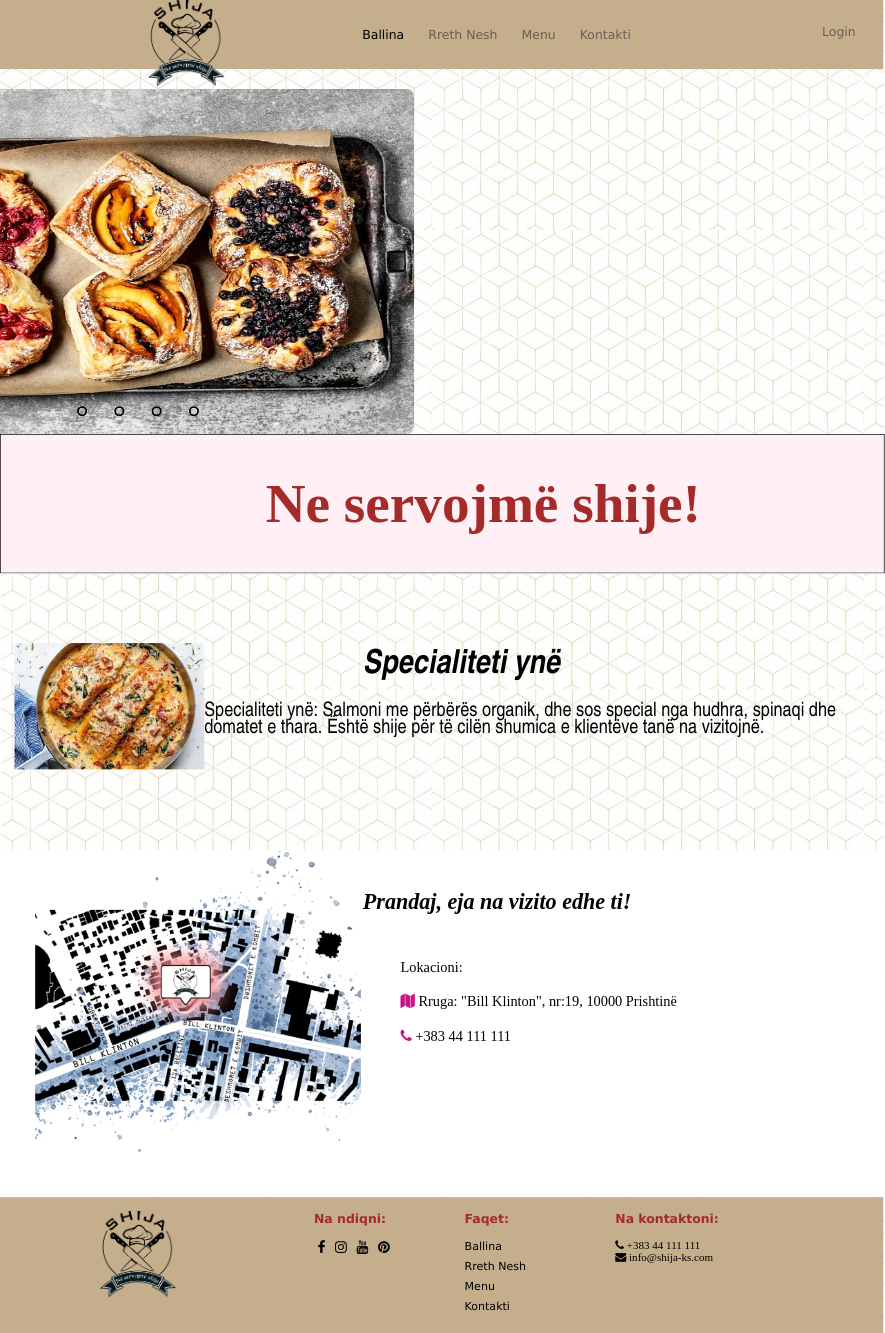
Repository: bs47892/ProjektiWeb-Shija2020
Page: http://localhost/shija.html
An editor plug-in stored every save of this project. The page is shown before and after the next save, followed by the edit.
The browser window is 1280 px wide. The page is 1282 px wide, so the pictures cover 1282 px, including what lies to the right of the window. The pictures show the whole page, at 69% of full size.
The page is run by PHP 8.4 with error messages shown; the project is at /var/www/html/.

Above is the page before, as saved 2021-02-11 23:14:05.

After the next save:
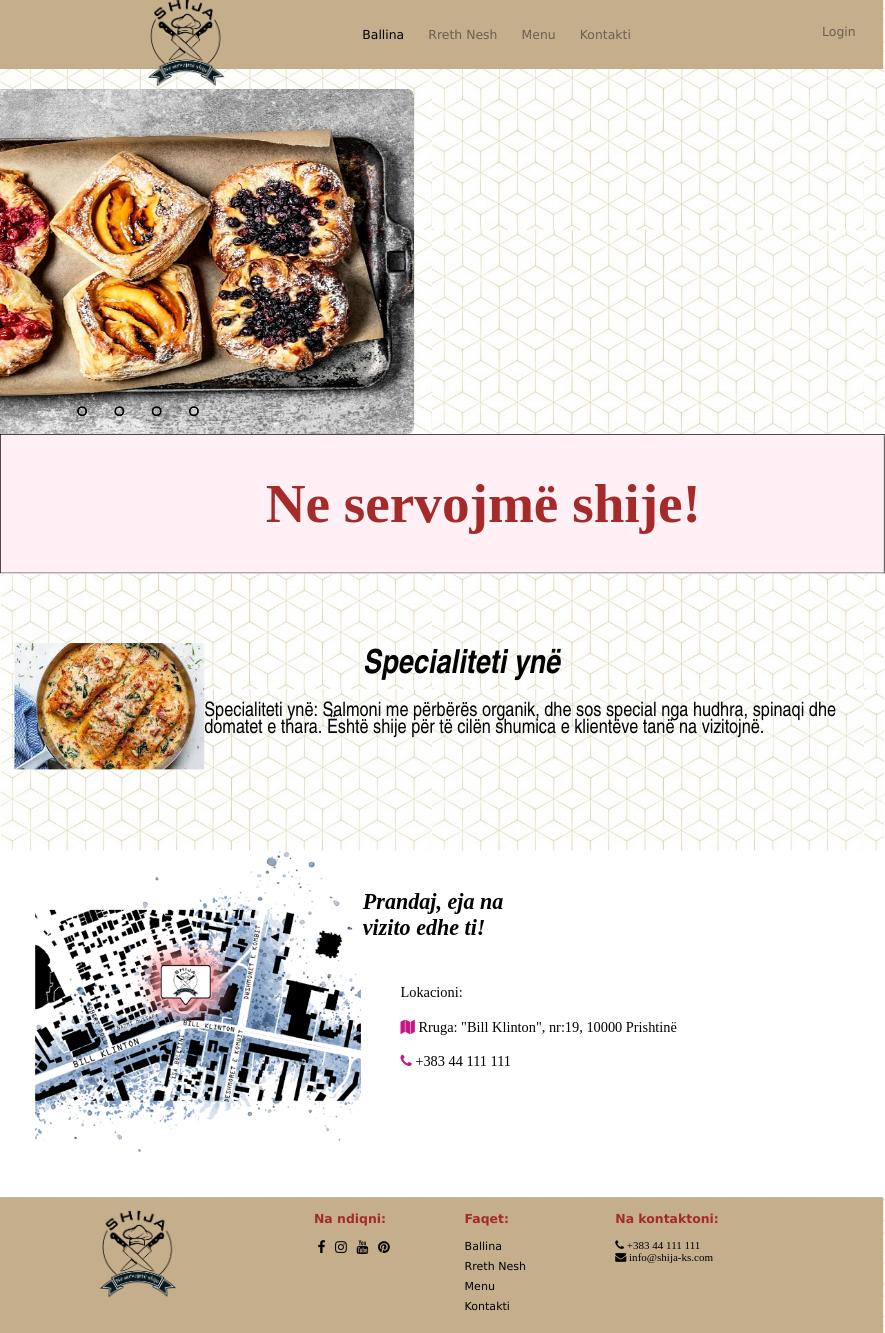
Saved 11 s later.
--- a/style.css
+++ b/style.css
@@ -286,7 +286,7 @@ footer{
 .lokacioni h1{
     font-style: italic;
     margin-top: 50px;
-    margin-right: 300px;
+    margin-right: 500px;
 }
 .lokacioni p{
 float: right;
